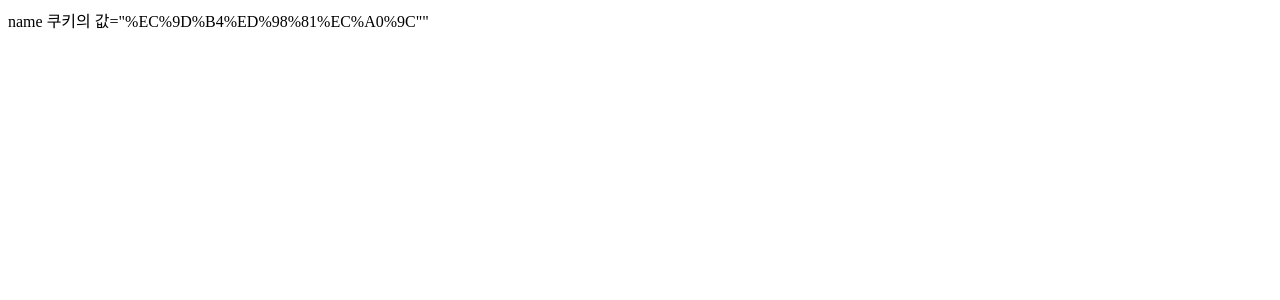
Repository: LeeHyukJe/jsp-bit
Page: http://localhost/jsp2/chap09/makeCookie.jsp
The author's editor kept a copy of each file at every save. The page is drawn from the files as they stood at one save, then again after the next save.
The browser window is 1280 px wide. The pictures show the whole page.
The page is served by Tomcat 9.

Above is the page before, as saved 2017-09-21 05:29:46.

After the next save:
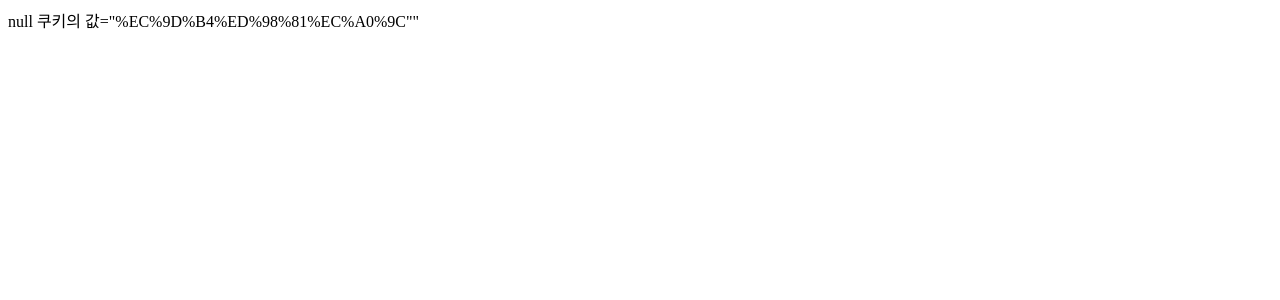
Saved 39 s later.
--- a/jsp2/WebContent/chap09/makeCookie.jsp
+++ b/jsp2/WebContent/chap09/makeCookie.jsp
@@ -12,6 +12,6 @@
 <title>Insert title here</title>
 </head>
 <body>
-	<%=cookies.getName() %> 쿠키의 값="<%=cookies.getValue() %>""
+	<%=cookies.getDomain() %> 쿠키의 값="<%=cookies.getValue() %>""
 </body>
 </html>

After the save that followed:
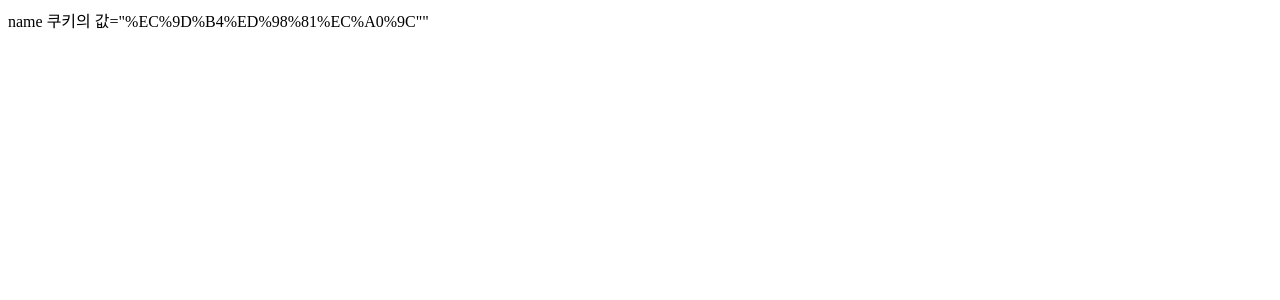
Saved 12 s later.
--- a/jsp2/WebContent/chap09/makeCookie.jsp
+++ b/jsp2/WebContent/chap09/makeCookie.jsp
@@ -12,6 +12,6 @@
 <title>Insert title here</title>
 </head>
 <body>
-	<%=cookies.getDomain() %> 쿠키의 값="<%=cookies.getValue() %>""
+	<%=cookies.getName() %> 쿠키의 값="<%=cookies.getValue() %>""
 </body>
 </html>
